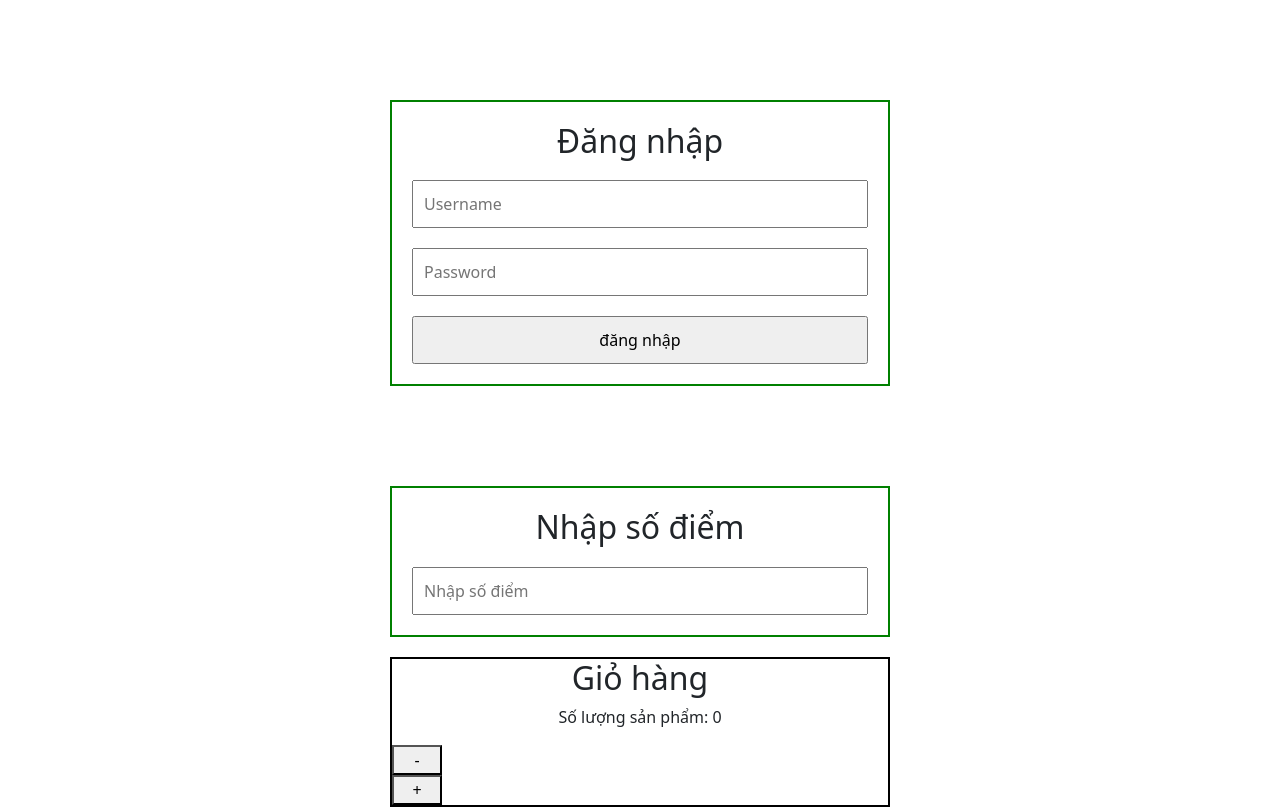
Repository: Phong-poor/frontendframework
Page: / (app in vue-lab-asm/)
These files come from the project's save history. The page is drawn as it stood at one moment and after a run of saves; the edit follows.
The browser window is 1280 px wide. The pictures show the whole page.
The project was rebuilt for these pictures with package versions that can differ from the ones it lists, and the page was loaded fresh each time. Also part of the build but not shown: vue-lab-asm/vite.config.js, vue-lab-asm/src/components/Lab1.vue, vue-lab-asm/src/components/product.vue, vue-lab-asm/src/components/Dangnhap.vue, vue-lab-asm/src/components/NotFound.vue, vue-lab-asm/src/components/Dangky.vue, vue-lab-asm/src/components/admin.vue, vue-lab-asm/src/components/admin-category.vue.

Above is the page before, as saved 2025-10-07 18:47:55.

After the next 3 saves:
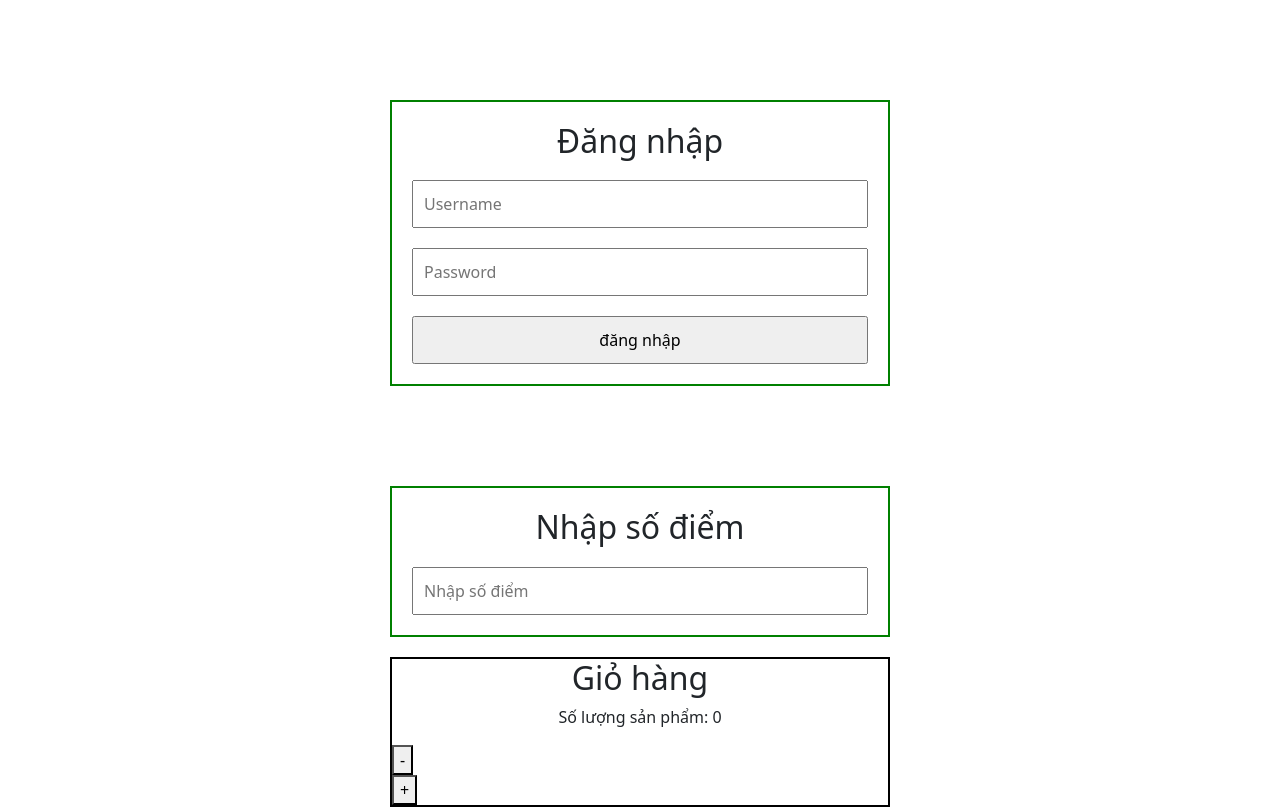
The 3 saves are shown as one change because they came seconds apart.
The last was saved 22 s later.
--- a/vue-lab-asm/src/components/Lab2.vue
+++ b/vue-lab-asm/src/components/Lab2.vue
@@ -116,8 +116,8 @@
     text-align: center;
 }
 .Giohang button{
-    width: 50px;
-    margin-right: 10px;
+    display: flex;
+
 }
 .Giohang .button{
     width: 50px;

After the save that followed:
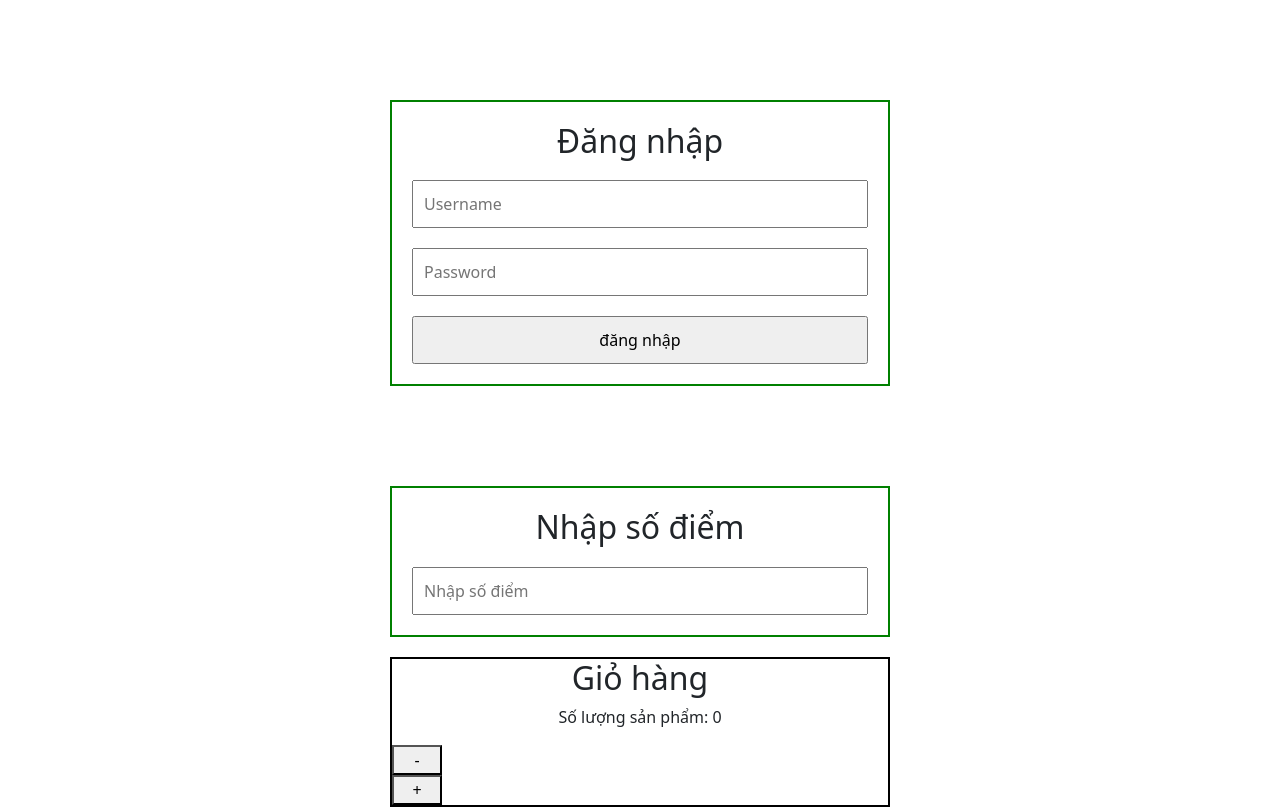
Saved 6 s later.
--- a/vue-lab-asm/src/components/Lab2.vue
+++ b/vue-lab-asm/src/components/Lab2.vue
@@ -116,8 +116,8 @@
     text-align: center;
 }
 .Giohang button{
-    display: flex;
-
+    width: 50px;
+    margin-right: 10px;
 }
 .Giohang .button{
     width: 50px;
